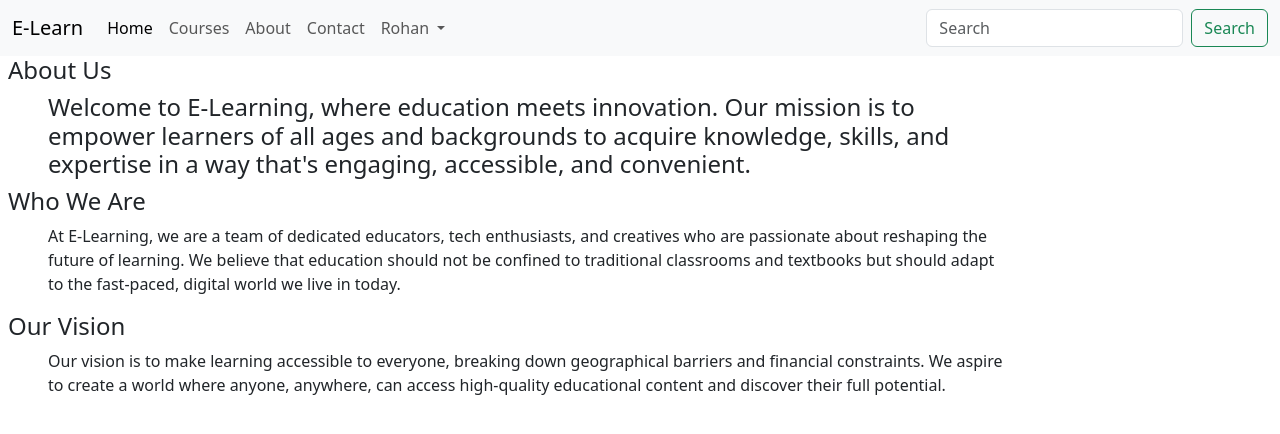
Repository: syni18/bootstrap_elarn
Page: About.html
An editor plug-in stored every save of this project. The page is shown before and after a run of saves, followed by the edit.
The browser window is 1280 px wide. The pictures show the whole page.

Above is the page before, as saved 2023-10-25 23:12:16.

### About.html
<!doctype html>
<html lang="en">
  <head>
    <meta charset="utf-8">
    <meta name="viewport" content="width=device-width, initial-scale=1">
    <title>E-Learning</title>
    <link href="https://cdn.jsdelivr.net/npm/bootstrap@5.3.2/dist/css/bootstrap.min.css" rel="stylesheet" integrity="sha384-T3c6CoIi6uLrA9TneNEoa7RxnatzjcDSCmG1MXxSR1GAsXEV/Dwwykc2MPK8M2HN" crossorigin="anonymous">
  </head>
  <body>
    <nav class="navbar navbar-expand-lg bg-body-tertiary">
  <div class="container-fluid">
    <a class="navbar-brand" href="#">E-Learn</a>
    <button class="navbar-toggler" type="button" data-bs-toggle="collapse" data-bs-target="#navbarSupportedContent" aria-controls="navbarSupportedContent" aria-expanded="false" aria-label="Toggle navigation">
      <span class="navbar-toggler-icon"></span>
    </button>
    <div class="collapse navbar-collapse" id="navbarSupportedContent">
      <ul class="navbar-nav me-auto mb-2 mb-lg-0">
        <li class="nav-item">
          <a class="nav-link active" aria-current="page" href="#">Home</a>
        </li>
        <li class="nav-item">
          <a class="nav-link" href="#">Courses</a>
        </li>
        <li class="nav-item">
          <a class="nav-link" href="#">About</a>
        </li>
        <li class="nav-item">
          <a class="nav-link" href="#">Contact</a>
        </li>
        <li class="nav-item dropdown">
          <a class="nav-link dropdown-toggle" href="#" role="button" data-bs-toggle="dropdown" aria-expanded="false">
            Rohan
          </a>
          <ul class="dropdown-menu">
            <li><a class="dropdown-item" href="#">My Profile</a></li>
            <li><a class="dropdown-item" href="#">My Courses</a></li>
            <li><hr class="dropdown-divider"></li>
            <li><a class="dropdown-item" href="#">Log Out</a></li>
          </ul>
        </li>
      </ul>
      <form class="d-flex" role="search">
        <input class="form-control me-2" type="search" placeholder="Search" aria-label="Search">
        <button class="btn btn-outline-success" type="submit">Search</button>
      </form>
    </div>
  </div>
</nav>
<div>
    <h6 class="display-6 fs-4 ms-2">About Us</h6>
    <p class="w-75 ms-5 h4">Welcome to E-Learning, where education meets innovation. Our mission is to empower learners of all ages and backgrounds to acquire knowledge, skills, and expertise in a way that's engaging, accessible, and convenient.</p>
</div>
<div>
    <h6 class="display-6 fs-4 ms-2">Who We Are</h6>
    <p class="w-75 ms-5">At E-Learning, we are a team of dedicated educators, tech enthusiasts, and creatives who are passionate about reshaping the future of learning. We believe that education should not be confined to traditional classrooms and textbooks but should adapt to the fast-paced, digital world we live in today.</p>
</div>
<div>
    <h6 class="display-6 fs-4 ms-2">Our Vision</h6>
    <p class="w-75 ms-5">Our vision is to make learning accessible to everyone, breaking down geographical barriers and financial constraints. We aspire to create a world where anyone, anywhere, can access high-quality educational content and discover their full potential.</p>
</div>
    <script src="https://cdn.jsdelivr.net/npm/bootstrap@5.3.2/dist/js/bootstrap.bundle.min.js" integrity="sha384-C6RzsynM9kWDrMNeT87bh95OGNyZPhcTNXj1NW7RuBCsyN/o0jlpcV8Qyq46cDfL" crossorigin="anonymous"></script>
  </body>
</html>

After the next 2 saves:
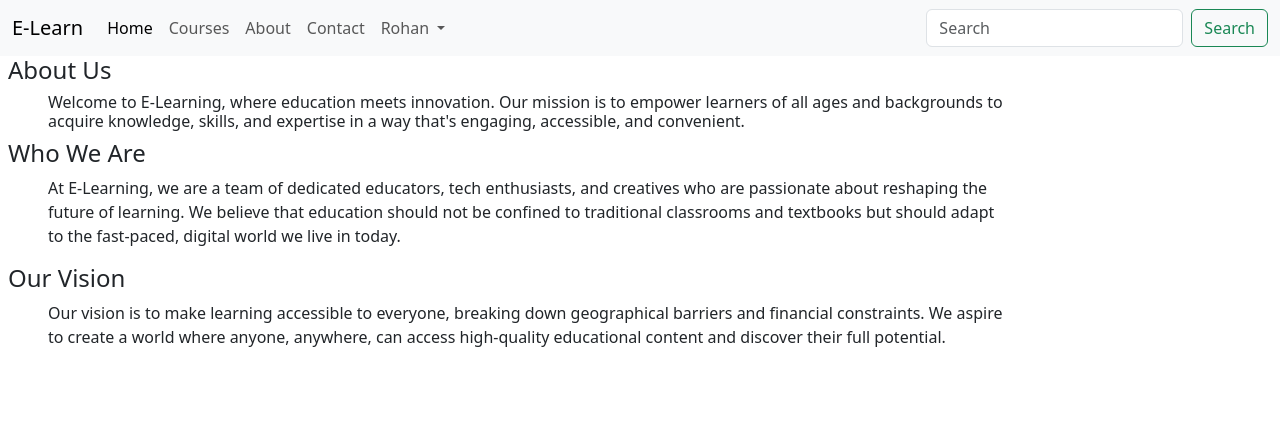
The 2 saves are shown as one change because they came seconds apart.
The last was saved 5 s later.
--- a/About.html
+++ b/About.html
@@ -48,7 +48,7 @@
 </nav>
 <div>
     <h6 class="display-6 fs-4 ms-2">About Us</h6>
-    <p class="w-75 ms-5 h4">Welcome to E-Learning, where education meets innovation. Our mission is to empower learners of all ages and backgrounds to acquire knowledge, skills, and expertise in a way that's engaging, accessible, and convenient.</p>
+    <p class="w-75 ms-5 h6">Welcome to E-Learning, where education meets innovation. Our mission is to empower learners of all ages and backgrounds to acquire knowledge, skills, and expertise in a way that's engaging, accessible, and convenient.</p>
 </div>
 <div>
     <h6 class="display-6 fs-4 ms-2">Who We Are</h6>
